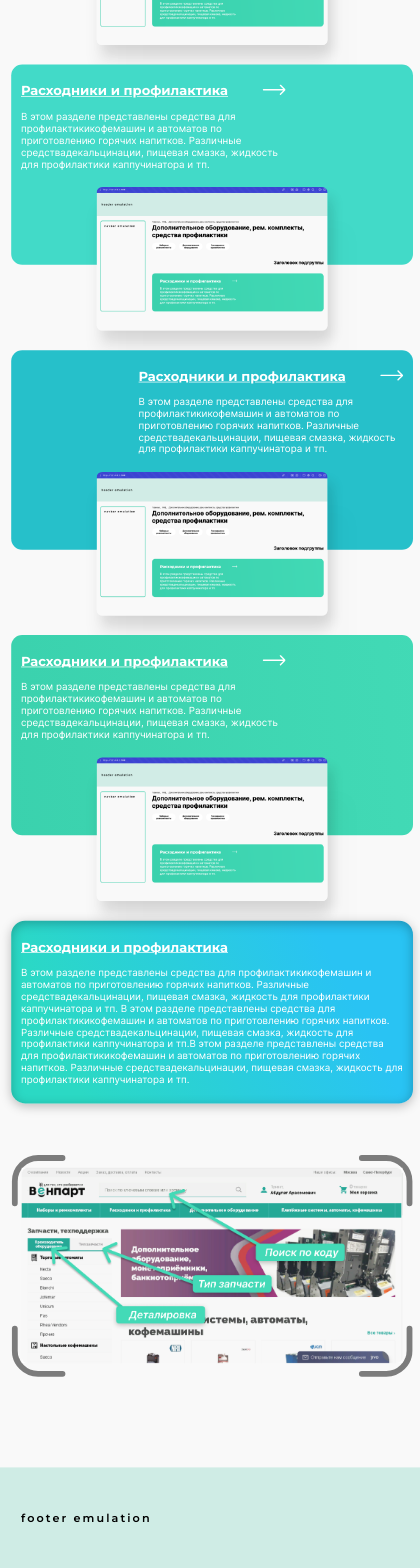
Repository: axonde/venpart-faq-pages
Page: index.html
An editor plug-in stored every save of this project. The page is shown before and after a run of saves, followed by the edit.
The browser window is 600 px wide. The pictures show the part of the page from y = 966 to 3206 px (the page is 3206 px tall before and 3203 px after), at 70% of full size.

Above is the page before, as saved 2024-02-28 20:38:11.

After the next 2 saves:
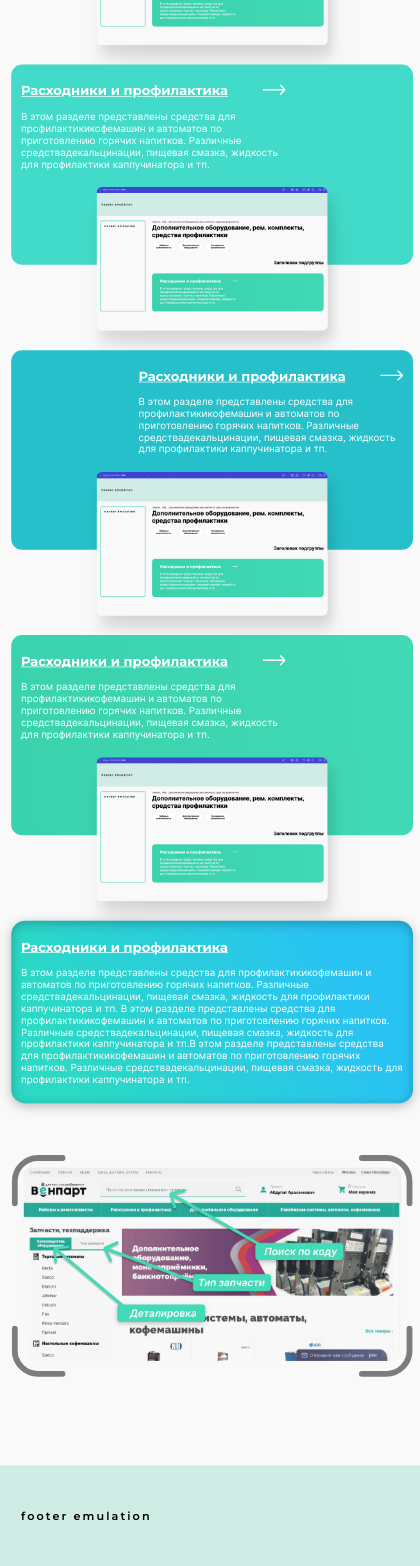
The 2 saves are shown as one change because they came seconds apart.
The last was saved 61 s later.
--- a/style.css
+++ b/style.css
@@ -707,7 +707,7 @@ scrollbar-width: none; /* Firefox */}
 	.faq__item--image, .faq__item:nth-child(2n) .faq__item--image {top: calc(100% - 85px); left: calc(50% - 165px);}
 	.faq__item::after {display: none;}
 	.faq__image {
-		padding: 20px 15px;
+		padding: 20px 18px;
 		background-image: url('decorations/faq-photo-deco.svg');
 		background-size: contain;
 		background-repeat: no-repeat;
